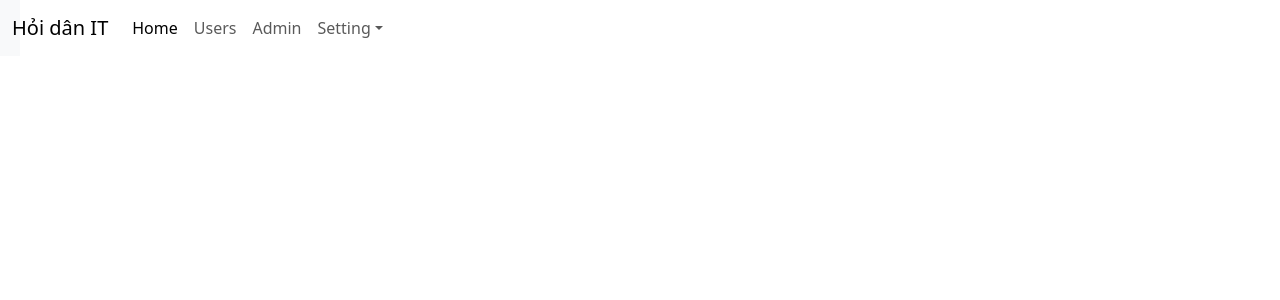
Repository: hoang0508/React-Project-hdIT
Page: /
An editor plug-in stored every save of this project. The page is shown before and after the next save, followed by the edit.
The browser window is 1280 px wide. The pictures show the whole page.
The project was rebuilt for these pictures with package versions that can differ from the ones it lists, and the page was loaded fresh each time. Also part of the build but not shown: src/components/User/User.js, src/components/Admin/Admin.js.

Above is the page before, as saved 2022-08-27 08:36:36.

After the next save:
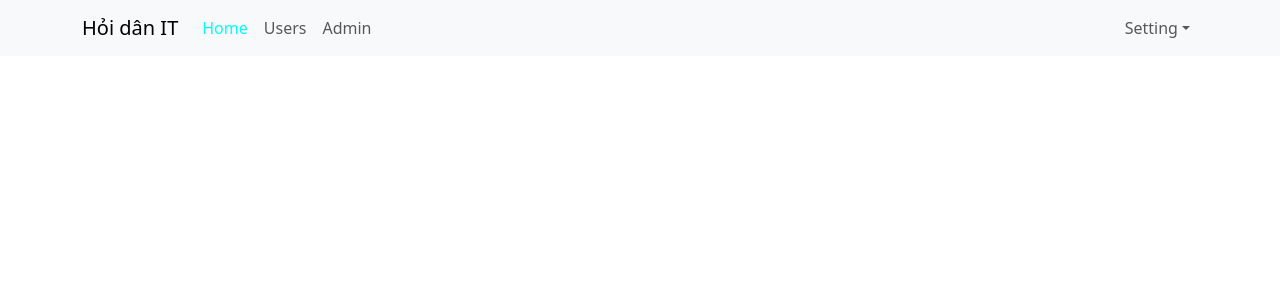
Saved 22 s later.
--- a/src/App.scss
+++ b/src/App.scss
@@ -1,13 +1,11 @@
 .app {
   &-container {
-    width: 20px;
-    // .header-container {
-    //   .navbar-nav {
-    //     // .active {
-    //     //   color: aqua;
-    //     // }
-    //     font-size: 20px;
-    //   }
-    // }
+    .header-container {
+      .navbar-nav {
+        .active {
+          color: aqua;
+        }
+      }
+    }
   }
 }
